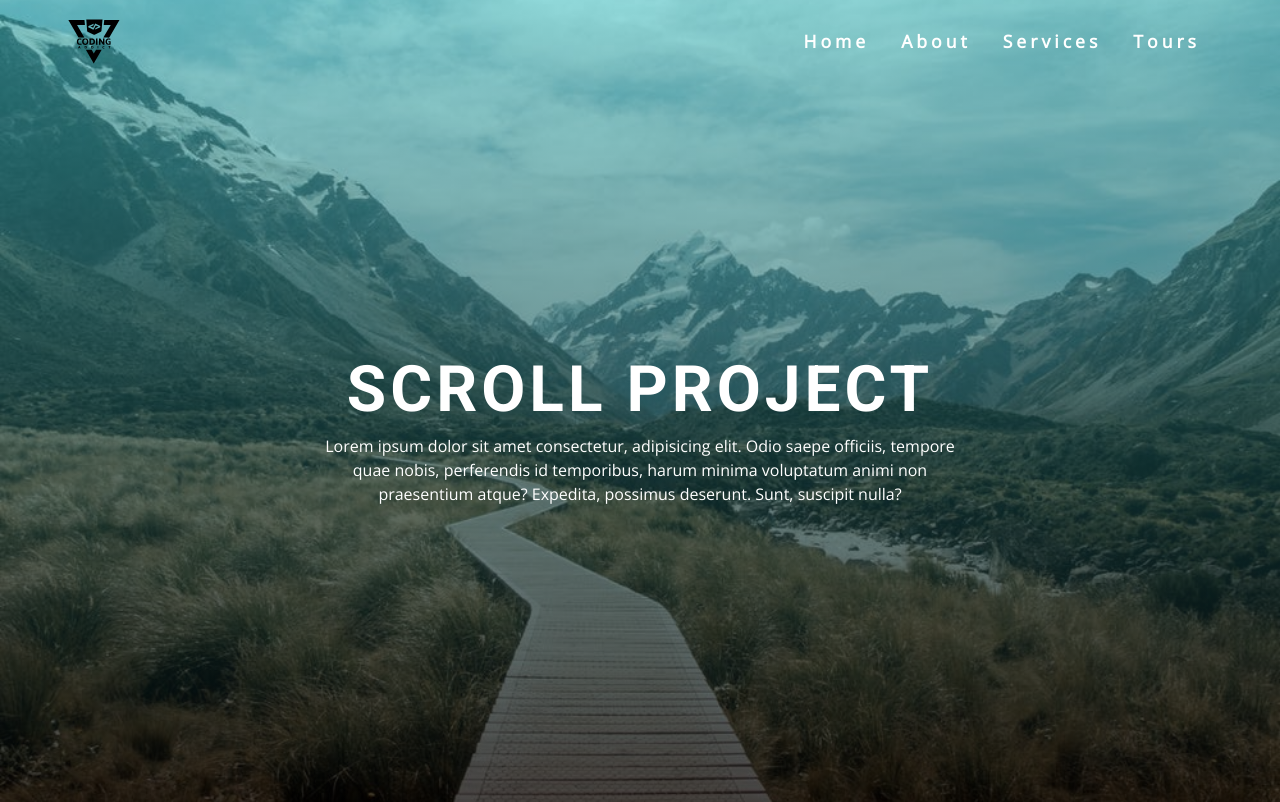
Repository: spidero7/Scroll
Page: index.html
An editor plug-in stored every save of this project. The page is shown before and after a run of saves, followed by the edit.
The browser window is 1280 px wide. The pictures show the whole page.
Some web libraries are served in a nearby version.

Above is the page before, as saved 2021-10-07 06:49:41.

### index.html
<!DOCTYPE html>
<html lang="en">
<head>
    <meta charset="UTF-8">
    <meta http-equiv="X-UA-Compatible" content="IE=edge">
    <meta name="viewport" content="width=device-width, initial-scale=1.0">
    <title>Scroll</title>
    <link rel="stylesheet" href="styles.css">
    <link rel="stylesheet" href="https://cdnjs.cloudflare.com/ajax/libs/font-awesome/5.14.0/css/all.min.css">
</head>
<body>
    <!-- header  -->
    <header id="home">
        <!-- navbar -->
        <nav id="nav">
            <div class="nav-center">
                <!-- nav header  -->
                <div class="nav-header">
                    <img src="./imgs/logo.svg" alt="logo" class="logo"/>
                    <button class="nav-toggle">
                        <i class="fas fa-bars"></i>
                    </button>
                </div>
                <!-- links -->
                <div class="links-container">
                    <ul class="links">
                        <li>
                          <a href="#home" class="scroll-link">home</a>
                        </li>
                        <li>
                          <a href="#about" class="scroll-link">about</a>
                        </li>
                        <li>
                          <a href="#services" class="scroll-link">services</a>
                        </li>
                        <li>
                          <a href="#tours" class="scroll-link">tours</a>
                        </li>
                      </ul>
                </div>
            </div>
        </nav>
        <!-- banner -->
        <div class="banner">
            <div class="container">
                <h1>scroll project</h1>
                <p>
                    Lorem ipsum dolor sit amet consectetur, adipisicing elit. Odio saepe officiis,
                    tempore quae nobis, perferendis id temporibus, harum minima voluptatum animi non
                    praesentium atque? Expedita, possimus deserunt. Sunt, suscipit nulla?
                </p>
                <a href="#tours" class="scroll-link"></a>
            </div>
        </div>
    </header>
    <script src="app.js"></script>
</body>
</html>

### styles.css
/*
===============
Fonts
===============
*/
@import url("https://fonts.googleapis.com/css?family=Open+Sans|Roboto:400,700&display=swap");

/*
===============
Variables
===============
*/

:root {
  /* dark shades of primary color*/
  --clr-primary-1: hsl(205, 86%, 17%);
  --clr-primary-2: hsl(205, 77%, 27%);
  --clr-primary-3: hsl(205, 72%, 37%);
  --clr-primary-4: hsl(205, 63%, 48%);
  /* primary/main color */
  --clr-primary-5: #49a6e9;
  /* lighter shades of primary color */
  --clr-primary-6: hsl(205, 89%, 70%);
  --clr-primary-7: hsl(205, 90%, 76%);
  --clr-primary-8: hsl(205, 86%, 81%);
  --clr-primary-9: hsl(205, 90%, 88%);
  --clr-primary-10: hsl(205, 100%, 96%);
  /* darkest grey - used for headings */
  --clr-grey-1: hsl(209, 61%, 16%);
  --clr-grey-2: hsl(211, 39%, 23%);
  --clr-grey-3: hsl(209, 34%, 30%);
  --clr-grey-4: hsl(209, 28%, 39%);
  /* grey used for paragraphs */
  --clr-grey-5: hsl(210, 22%, 49%);
  --clr-grey-6: hsl(209, 23%, 60%);
  --clr-grey-7: hsl(211, 27%, 70%);
  --clr-grey-8: hsl(210, 31%, 80%);
  --clr-grey-9: hsl(212, 33%, 89%);
  --clr-grey-10: hsl(210, 36%, 96%);
  --clr-white: #fff;
  --clr-red-dark: hsl(360, 67%, 44%);
  --clr-red-light: hsl(360, 71%, 66%);
  --clr-green-dark: hsl(125, 67%, 44%);
  --clr-green-light: hsl(125, 71%, 66%);
  --clr-secondary: hsla(182, 63%, 54%);
  --clr-black: #222;
  --ff-primary: "Roboto", sans-serif;
  --ff-secondary: "Open Sans", sans-serif;
  --transition: all 0.3s linear;
  --spacing: 0.25rem;
  --radius: 0.5rem;
  --light-shadow: 0 5px 15px rgba(0, 0, 0, 0.1);
  --dark-shadow: 0 5px 15px rgba(0, 0, 0, 0.2);
  --max-width: 1170px;
  --fixed-width: 620px;
}
/*
===============
Global Styles
===============
*/
html {
  scroll-behavior: smooth;
}
*,
::after,
::before {
  margin: 0;
  padding: 0;
  box-sizing: border-box;
}
body {
  font-family: var(--ff-secondary);
  background: var(--clr-grey-10);
  color: var(--clr-grey-1);
  line-height: 1.5;
  font-size: 0.875rem;
}
ul {
  list-style-type: none;
}
a {
  text-decoration: none;
}
img:not(.logo) {
  width: 100%;
}
img {
  display: block;
}

h1,
h2,
h3,
h4 {
  letter-spacing: var(--spacing);
  text-transform: capitalize;
  line-height: 1.25;
  margin-bottom: 0.75rem;
  font-family: var(--ff-primary);
}
h1 {
  font-size: 3rem;
}
h2 {
  font-size: 2rem;
}
h3 {
  font-size: 1.25rem;
}
h4 {
  font-size: 0.875rem;
}
p {
  margin-bottom: 1.25rem;
  color: var(--clr-grey-5);
}
@media screen and (min-width: 800px) {
  h1 {
    font-size: 4rem;
  }
  h2 {
    font-size: 2.5rem;
  }
  h3 {
    font-size: 1.75rem;
  }
  h4 {
    font-size: 1rem;
  }
  body {
    font-size: 1rem;
  }
  h1,
  h2,
  h3,
  h4 {
    line-height: 1;
  }
}
/*  global classes */

.btn {
  text-transform: uppercase;
  background: transparent;
  color: var(--clr-black);
  padding: 0.375rem 0.75rem;
  letter-spacing: var(--spacing);
  display: inline-block;
  transition: var(--transition);
  font-size: 0.875rem;
  border: 2px solid var(--clr-black);
  cursor: pointer;
  box-shadow: 0 1px 3px rgba(0, 0, 0, 0.2);
  border-radius: var(--radius);
}
.btn:hover {
  color: var(--clr-white);
  background: var(--clr-black);
}
.btn-white {
  color: var(--clr-white);
  border-color: var(--clr-white);
  border-radius: 0;
  padding: 0.5rem 1rem;
}
.btn:hover {
  background: var(--clr-white);
  color: var(--clr-secondary);
}
/* section */
.section {
  padding-bottom: 5rem;
}

.section-center {
  width: 90vw;
  margin: 0 auto;
  max-width: 1170px;
}
@media screen and (min-width: 992px) {
  .section-center {
    width: 95vw;
  }
}
main {
  min-height: 100vh;
  display: grid;
  place-items: center;
}
/*
===============
Scroll
===============
*/
/* navbar */
nav {
  background: var(--clr-white);
  padding: 1rem 1.5rem;
}
/* fixed nav */
.fixed-nav {
  position: fixed;
  top: 0;
  left: 0;
  width: 100%;
  background: var(--clr-white);
  box-shadow: var(--light-shadow);
}
.fixed-nav .links a {
  color: var(--clr-grey-1);
}
.fixed-nav .links a:hover {
  color: var(--clr-secondary);
}
/* .fixed-nav .links-container {
  height: auto !important;
} */
.nav-header {
  display: flex;
  align-items: center;
  justify-content: space-between;
}
.nav-toggle {
  font-size: 1.5rem;
  color: var(--clr-grey-1);
  background: transparent;
  border-color: transparent;
  transition: var(--transition);
  cursor: pointer;
}
.nav-toggle:hover {
  color: var(--clr-secondary);
}
.logo {
  height: 50px;
}
.links-container {
  height: 0;
  overflow: hidden;
  transition: var(--transition);
}
.show-links {
  height: 200px;
}
.links a {
  background: var(--clr-white);
  color: var(--clr-grey-5);
  font-size: 1.1rem;
  text-transform: capitalize;
  letter-spacing: var(--spacing);
  display: block;
  transition: var(--transition);
  font-weight: bold;
  padding: 0.75rem 0;
}
.links a:hover {
  color: var(--clr-grey-1);
}
@media screen and (min-width: 800px) {
  nav {
    background: transparent;
  }
  .nav-center {
    width: 90vw;
    max-width: 1170px;
    margin: 0 auto;
    display: flex;
    align-items: center;
    justify-content: space-between;
  }
  .nav-header {
    padding: 0;
  }
  .nav-toggle {
    display: none;
  }
  .links-container {
    height: auto !important;
  }
  .links {
    display: flex;
  }
  .links a {
    background: transparent;
    color: var(--clr-white);
    font-size: 1.1rem;
    text-transform: capitalize;
    letter-spacing: var(--spacing);
    display: block;
    transition: var(--transition);
    margin: 0 1rem;
    font-weight: bold;
    padding: 0;
  }
  .links a:hover {
    color: var(--clr-white);
  }
}
/* hero */
header {
  min-height: 100vh;
  background: linear-gradient(rgba(63, 208, 212, 0.5), rgba(0, 0, 0, 0.7)),
    url(./hero-bcg.jpeg) center/cover no-repeat;
}
.banner {
  min-height: 100vh;
  display: grid;
  place-items: center;
  text-align: center;
}
.container h1 {
  color: var(--clr-white);
  text-transform: uppercase;
}
.container p {
  color: var(--clr-white);
  max-width: 25rem;
  margin: 0 auto;
  margin-bottom: 1.25rem;
}
@media screen and (min-width: 768px) {
  .container p {
    max-width: 40rem;
  }
}
/* sections and title */
.title h2 {
  text-align: center;
  text-transform: uppercase;
}
.title span {
  color: var(--clr-secondary);
}
#about,
#services,
#tours {
  height: 80vh;
}
#services {
  background: var(--clr-white);
}
footer {
  background: var(--clr-grey-1);
  padding: 5rem 1rem;
}
footer p {
  color: var(--clr-white);
  text-align: center;
  text-transform: capitalize;
  letter-spacing: var(--spacing);
  margin-bottom: 0;
}

.top-link {
  font-size: 1.25rem;
  position: fixed;
  bottom: 3rem;
  right: 3rem;
  background: var(--clr-secondary);
  width: 2rem;
  height: 2rem;
  display: grid;
  place-items: center;
  border-radius: var(--radius);
  color: var(--clr-white);
  animation: bounce 2s ease-in-out infinite;

  visibility: hidden;
  z-index: -100;
}
.show-link {
  visibility: visible;
  z-index: 100;
}

@keyframes bounce {
  0% {
    transform: scale(1);
  }
  50% {
    transform: scale(1.5);
  }
  100% {
    transform: scale(1);
  }
}

Loaded but not shown: app.js (no stored copy; drawn as an empty file)

After the next 2 saves:
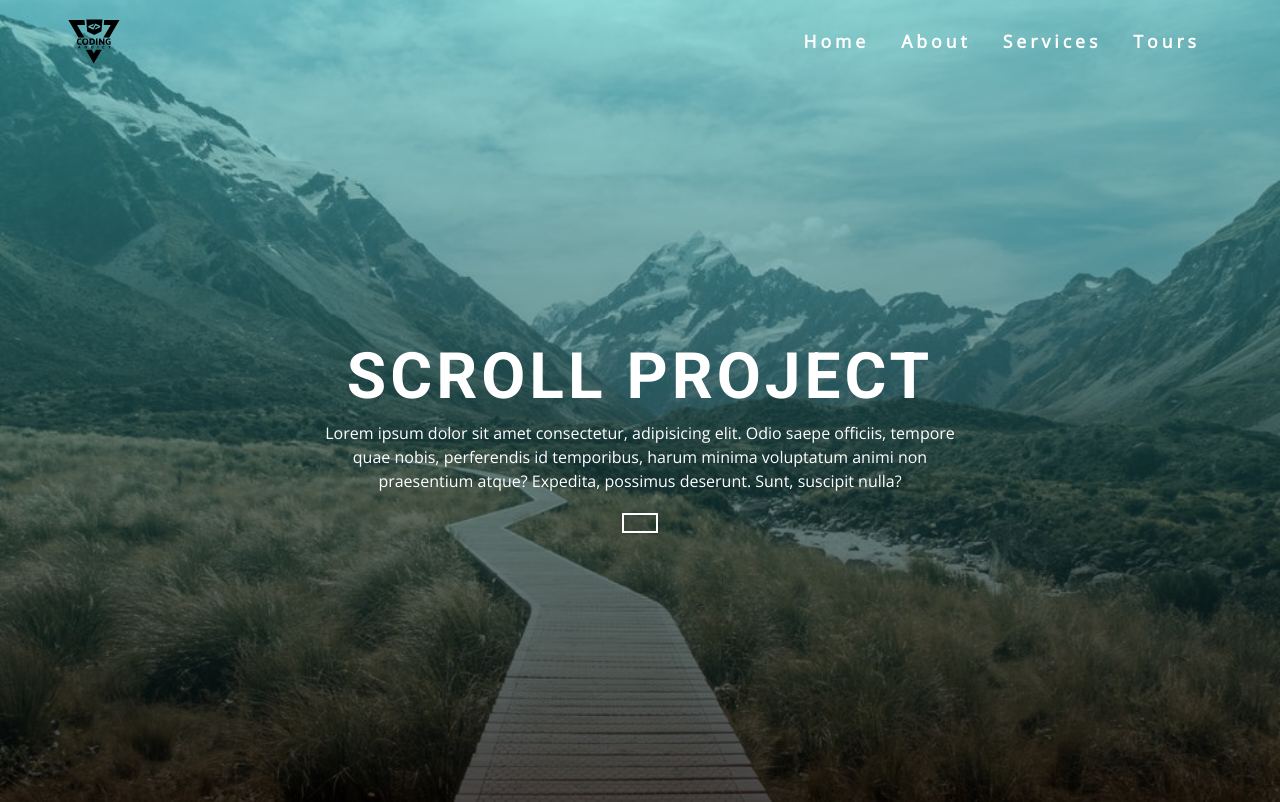
The 2 saves are shown as one change because they came seconds apart.
The last was saved 6 s later.
--- a/index.html
+++ b/index.html
@@ -49,7 +49,7 @@
                     tempore quae nobis, perferendis id temporibus, harum minima voluptatum animi non
                     praesentium atque? Expedita, possimus deserunt. Sunt, suscipit nulla?
                 </p>
-                <a href="#tours" class="scroll-link"></a>
+                <a href="#tours" class="scroll-link btn btn-white"></a>
             </div>
         </div>
     </header>
